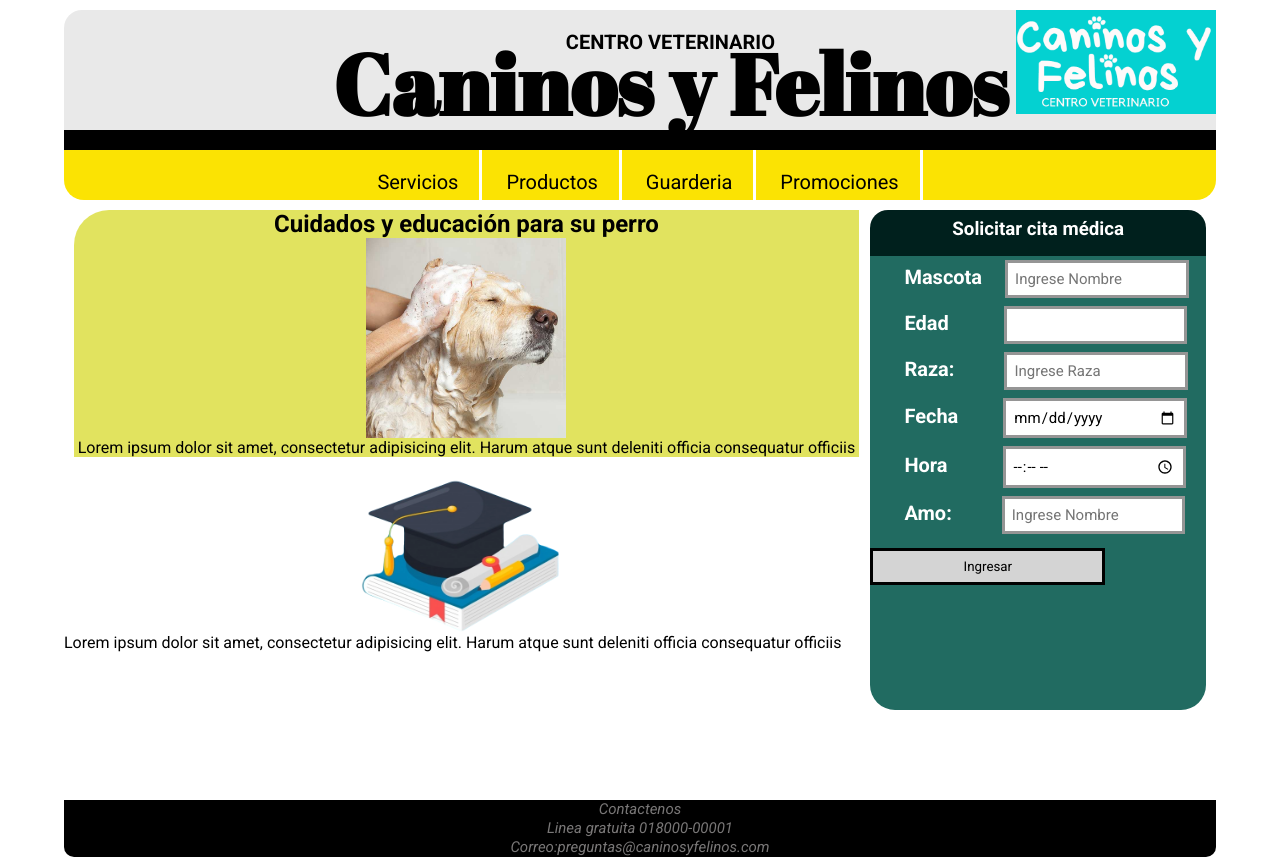
Repository: NickArregoces/Veterinaria
Page: Index.html
These files come from the project's save history. The page is drawn as it stood at one moment and after a run of saves; the edit follows.
The browser window is 1280 px wide. The pictures show the whole page.

Above is the page before, as saved 2021-10-05 16:51:38.

### Index.html
<!DOCTYPE html>
<html lang="en">
<head>
    <meta charset="UTF-8">
    <meta http-equiv="X-UA-Compatible" content="IE=edge">
    <meta name="viewport" content="width=device-width, initial-scale=1.0">
    <title>Canicos y felinos</title>
    <link rel="stylesheet" href="/CSS/Style.css">
    <link href="https://fonts.googleapis.com/css2?family=Roboto:ital,wght@0,100;0,300;0,400;0,500;0,700;0,900;1,100;1,300;1,400;1,500;1,700;1,900&display=swap" rel="stylesheet">
    <link rel="preconnect" href="https://fonts.googleapis.com">
    <link rel="preconnect" href="https://fonts.gstatic.com" crossorigin>
    <link href="https://fonts.googleapis.com/css2?family=Abril+Fatface&display=swap" rel="stylesheet">

</head>
<body>
    <div id="head">
        <header>
            <div class="image">
                <img src="/Images/logo.png" alt="logo">
            </div>
            <div class="title" >
                <h3>CENTRO VETERINARIO</h3>
                <h1>Caninos y Felinos</h1>
            </div>

        </header>

        <nav class="barra"></nav>

        <div class="navegador">
            <ul class="menu">
                <li><a href="#">Servicios</a></li>
                <li><a href="#">Productos</a></li>
                <li><a href="#">Guarderia</a></li>
                <li><a href="#">Promociones</a></li>
            </ul>
        </div>

    </div>
        <div id="Contenido">
            <div class="section">

                <form action="" class="cita">
                    <h3 style="color: rgb(255, 255, 255);">Solicitar cita médica</h3>
                        <div class="Mascota">
                            <h4>Mascota<input type="text" placeholder="Ingrese Nombre" required></h4>
                        </div>

                        <div class="Edad">
                            <h4>Edad<input type="number" required></h4>
                        </div>

                        <div class="Raza">
                            <h4>Raza:<input type="text" placeholder="Ingrese Raza" required></h4>
                        </div>
                        <div class="Fecha">
                            <h4>Fecha<input type="date" placeholder="" required></h4>
                        </div>

                        <div class="Hora">
                            <h4>Hora<input type="time" required></h4>
                        </div>

                        <div class="Amo">
                            <h4>Amo:<input type="text" placeholder="Ingrese Nombre" required></h4>
                        </div>

                    <div class="center">
                        <button class="sumbit"> Ingresar </button>
                    </div>

                </form>
            </div>

            <div id="Cuadros">
                <aside>
                    <div class="Cuidados">
                        <h2 style="color: rgb(0, 0, 0);">Cuidados y educación para su perro</h2>

                        <div id="Prueba">
                        <img id="Prubea" src="/Images/credit.png" alt="">
                        </div>

                        <p>Lorem ipsum dolor sit amet, consectetur adipisicing elit.
                            Harum atque sunt deleniti officia consequatur officiis</p>
                    </div>

                    <div class="Viajes">
                        <h3 style="color: rgb(255, 255, 255);">Salir de viaje con su mascota</h3>

                        <div id="Prueba">
                        <img id="Prubea" src="/Images/Captura de pantalla 2021-10-04 181948.png" alt="">
                        </div>

                        <p>Lorem ipsum dolor sit amet, consectetur adipisicing elit.
                            Harum atque sunt deleniti officia consequatur officiis</p>
                    </div>
                </aside>
            </div>

            <div>
                <footer>
                        <p>Contactenos</p>
                        <p>Linea gratuita 018000-00001</p>
                        <p>Correo:preguntas@caninosyfelinos.com</p>
                </footer>
            </div>
        </div>

</body>
</html>

### CSS/Style.css

*{
    margin: 0 auto;
    padding: 0px;
    list-style:none;
    font-family: 'Roboto', sans-serif;
}
body{
    font-family: Arial, Helvetica, sans-serif;
    background: rgb(255, 255, 255);
    width: 90%;
    color: rgb(0, 0, 0);
}
header{
    width: 100%;
    margin-top: 10px;
    background:rgb(233, 233, 233);
    border-top-left-radius:  18px;
    border-top-right-radius:  18px;
    height: 120px;
}
    img{
        float: right;
        width: 200px;
    }
    .title{
        float: right;
        width: 60%;
        margin-top: 20px;
    }
    header h1{
        font-family: 'Abril Fatface', cursive;
        font-size: 85px;
        text-align: center;
        line-height: 60px;
        display: block;
        color: black;
    }
    header h3{
        font-size: 20px;
        text-align: center;
    }

nav.barra{
    background: rgb(0, 0, 0);
    height: 20px;
}
div.navegador{
    text-align: center;
}
    ul.menu{
        border-bottom-left-radius: 20px 20px;
        border-bottom-right-radius: 20px 20px;
        background: rgb(251, 227, 3);
        height: 50px;
        list-style: none;
        padding: 0;
        max-width: 10000px;
    }
    .menu li a{
        height: 10px;
        font-size: 20px;
        margin-right: 1px;
        text-decoration: none;
        color:black;
        padding: 20px;
        display: inline-block;
    }
    .menu li {
        border-right: solid white;
        display: inline-block;
        }
    .menu li a:hover{
        background: #242323b6;
        color: white;
        }

.section{
    width: 30%;
    float: right;
}
    /*Formulario Login*/
    form{
        background: rgb(33, 107, 97);
        border-radius: 25px;
        margin-top: 10px;
        margin-right:10px;
        margin-bottom: 10px;
        height: 500px;
    }
        form h3{
            text-align: center;
            background: rgb(0, 32, 29);
            height: 30px;
            padding: 8px;
            border-top-left-radius: 18px;
            border-top-right-radius: 18px;
        }
        form h4{
            font-size: 20px;
            padding: 4px;
            margin-left: 30px;
            color: rgb(255, 255, 255);

        }
        form input{
            font-size: 15px;
            width: 55%;
            padding: 7px;
            display: inline;
            border: solid rgb(149, 149, 149);
            margin-left: 10px;
        }
        div.Mascota input {
            margin-left: 23px;
        }
        div.Edad input {
            margin-left: 55px;
        }
        div.Raza input {
            margin-left: 50px;
        }
        div.Fecha input {
            margin-left: 45px;
        }
        div.Hora input {
            margin-left: 55px;
        }
        div.Amo input {
            margin-left: 50px;
        }
        div.button{
            margin-top: 10px;
            margin: auto;
            text-align: center;
            width: 50%;
            cursor: pointer;
        }
        button{
            margin-top: 10px;
            width: 70%;
            padding: 8px;
            background: rgb(212, 212, 212);
            border: solid black;
            cursor: pointer;
        }
        button:hover{
            background: #000000b6;
            color: rgb(255, 255, 255);
        }
aside{
    width: 69%;
    height: 580px;
    margin-top: 10px;
    float: left;
    margin-bottom: 10px;
}
    div.Cuidados{
        border-top-left-radius: 35px;
        margin-left: 10px;
        background: rgba(216, 219, 45, 0.76);
        text-align:center;
        overflow:hidden;
    }
    /*Centrado Imagenes aside*/
    #Prueba{
        display: flex;
        align-items: center;
        justify-content: center;
    }
        div.solicita img {
            width: 250px;
            margin-top: 15px;
            margin-bottom: 15px;
        }
        /*Efecto Imagenes aside*/
        div img:hover{
            -webkit-transform:scale(1.1);
            transform:scale(1.1);
        }
        div.Cuidados p{
            display: inline-block;
            text-align: center;
        }

    div.ahorro {
        border-top-right-radius: 35px;
        margin-left: 10px;
        background: #e3e4e5;
     }
        div.ahorro img {
            width: 220px;
            margin-top: 15px;
            margin-bottom: 15px;
        }
        div.ahorro h3{
            text-align: center;
            background: black;
            height: 30px;
            padding: 8px;
            border-top-right-radius: 35px;
        }
        div.ahorro p{
            display: inline-block;
            text-align: center;
        }

footer{
    background: black;
    clear: both;
    border-bottom-left-radius: 10px;
    border-bottom-right-radius: 10px;
}
    footer p{
        font-size: 15px;
        text-align: center;
        line-height: 15px;
        color: rgb(121, 119, 119);
        font-style:italic;
        padding: 2px;
    }

After the next 3 saves:
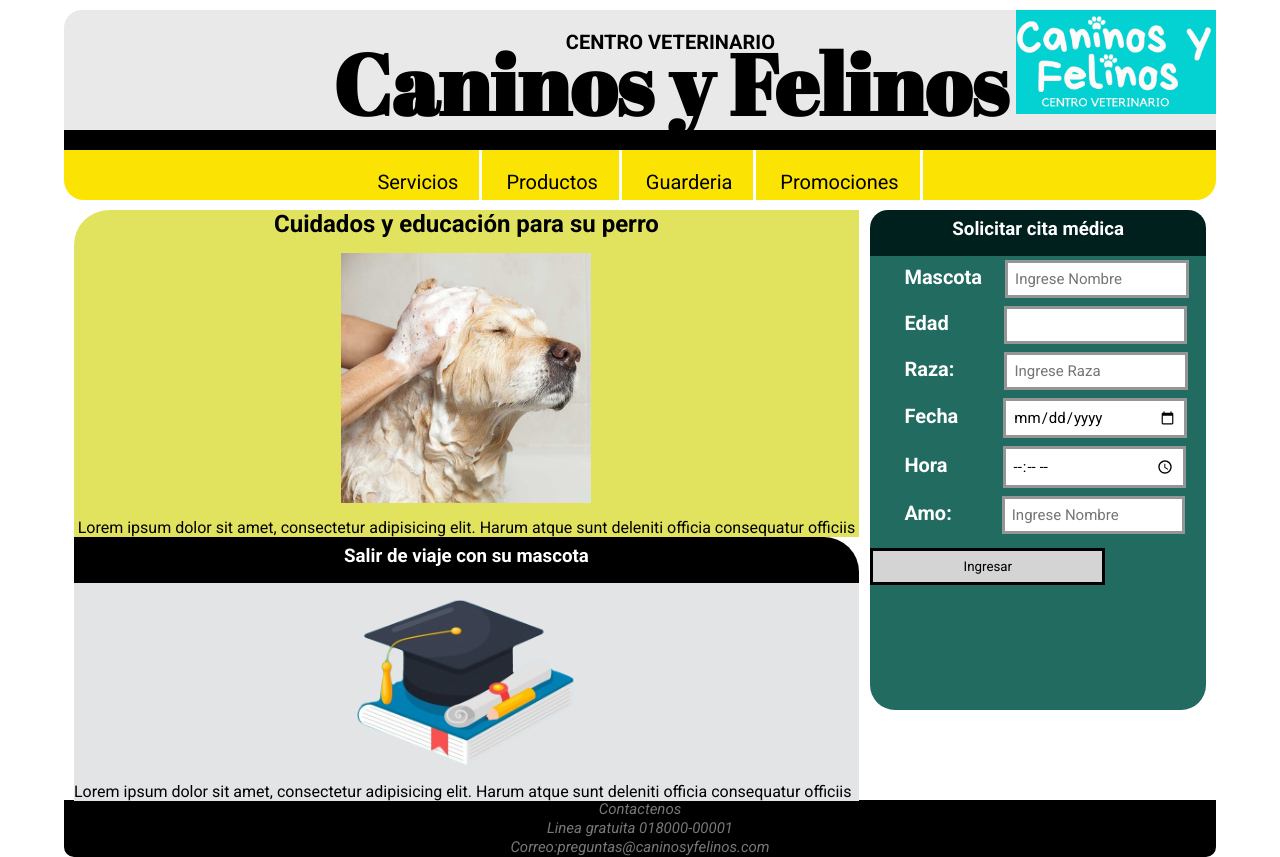
The 3 saves are shown as one change because they came seconds apart.
The last was saved 20 s later.
--- a/CSS/Style.css
+++ b/CSS/Style.css
@@ -168,7 +168,7 @@ aside{
         align-items: center;
         justify-content: center;
     }
-        div.solicita img {
+        div.Cuidados img {
             width: 250px;
             margin-top: 15px;
             margin-bottom: 15px;
@@ -183,24 +183,24 @@ aside{
             text-align: center;
         }
 
-    div.ahorro {
+    div.Viajes {
         border-top-right-radius: 35px;
         margin-left: 10px;
         background: #e3e4e5;
      }
-        div.ahorro img {
+        div.Viajes img {
             width: 220px;
             margin-top: 15px;
             margin-bottom: 15px;
         }
-        div.ahorro h3{
+        div.Viajes h3{
             text-align: center;
             background: black;
             height: 30px;
             padding: 8px;
             border-top-right-radius: 35px;
         }
-        div.ahorro p{
+        div.Viajes p{
             display: inline-block;
             text-align: center;
         }
